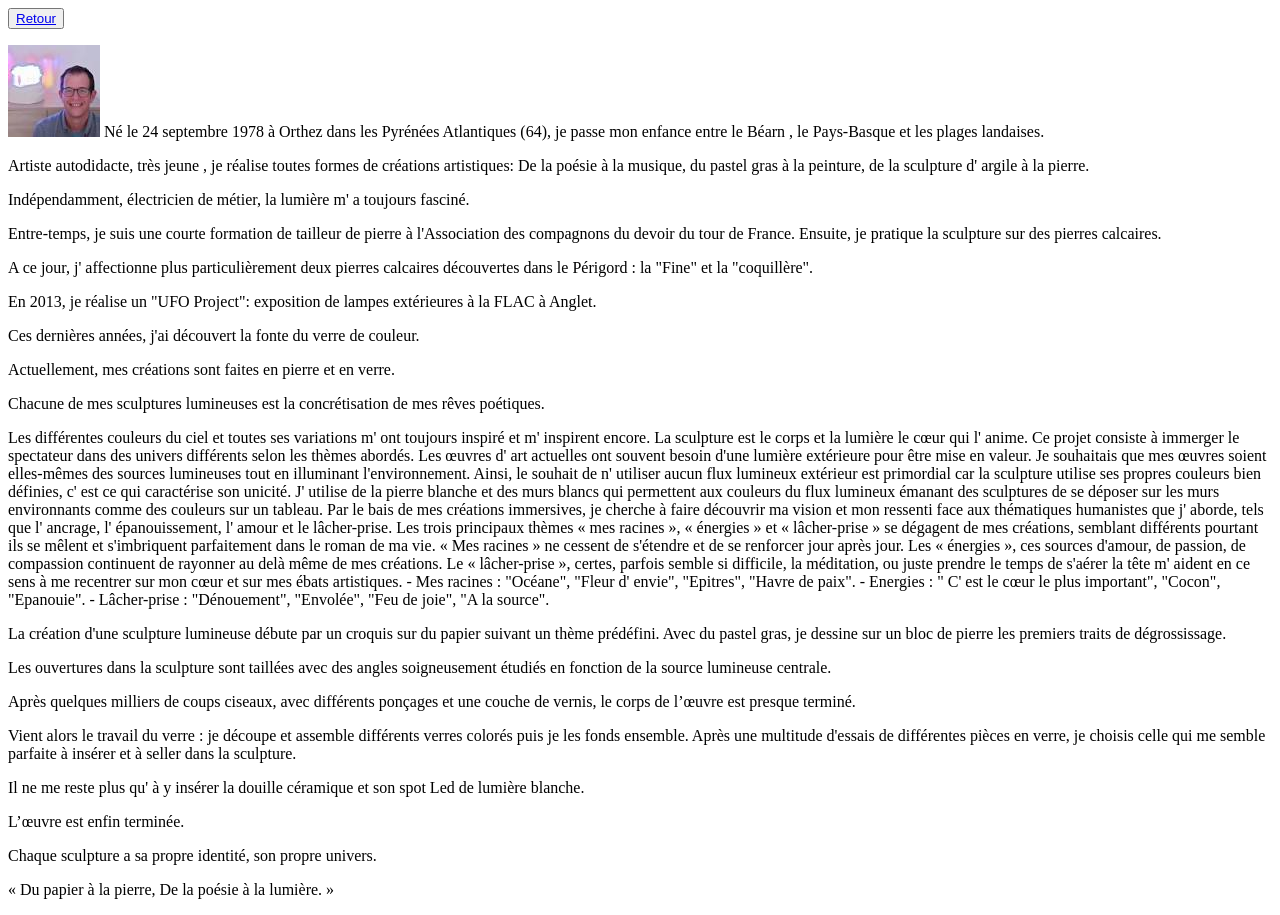
Repository: lysianebo/EricBidart
Page: presentation_more.html
An editor plug-in stored every save of this project. The page is shown before and after the next save, followed by the edit.
The browser window is 1280 px wide. The pictures show the whole page.

Above is the page before, as saved 2023-10-29 07:31:47.

### presentation_more.html
<!DOCTYPE html>
<html lang="en">
<head>
    <meta charset="UTF-8">
    <meta name="viewport" content="width=device-width, initial-scale=1.0">
    <title>Document</title>
    <link rel="stylesheet" href="public/css/style.css">
</head>
<body>
    <div class="content-container">
        <div class="hidden"
            id="presentation-content">
    <button class="back-button"><a href="presentation.html">Retour</a></button>

            <p class="text"><img src="public/images/happy_moi.jpeg"
                    alt=""> Né le 24 septembre 1978 à Orthez dans les Pyrénées Atlantiques (64),
                je passe mon enfance entre le Béarn , le Pays-Basque et les plages landaises. </p>
            <p> Artiste autodidacte, très jeune , je réalise toutes formes de créations artistiques:
                De la poésie à la musique, du pastel gras à la peinture, de la sculpture d' argile à la pierre.</p>
            <p> Indépendamment, électricien de métier, la lumière m' a toujours fasciné.</p>

            <p> Entre-temps, je suis une courte formation de tailleur de pierre à l'Association des compagnons du devoir du
                tour de France. Ensuite, je pratique la sculpture sur des pierres calcaires.</p>

            <p> A ce jour, j' affectionne plus particulièrement deux pierres calcaires découvertes dans le Périgord : la
                "Fine" et la "coquillère".</p>
            <p> En 2013, je réalise un "UFO Project": exposition de lampes extérieures à la FLAC à Anglet.</p>
            <p> Ces dernières années, j'ai découvert la fonte du verre de couleur.</p>
            <p> Actuellement, mes créations sont faites en pierre et en verre.</p>
            <p>Chacune de mes sculptures lumineuses est la concrétisation de mes rêves poétiques.</p>
        </div>
        <!-- Contenu de la section "Bibliographie" ici -->
    </div>
    <div class="hidden"
        id="demarche-content">
        <p>Les différentes couleurs du ciel et toutes ses variations m' ont toujours inspiré et m' inspirent encore.

            La sculpture est le corps et la lumière le cœur qui l' anime.



            Ce projet consiste à immerger le spectateur dans des univers différents selon les thèmes abordés.

            Les œuvres d' art actuelles ont souvent besoin d'une lumière extérieure pour être mise en valeur.

            Je souhaitais que mes œuvres soient elles-mêmes des sources lumineuses tout en illuminant l'environnement.

            Ainsi, le souhait de n' utiliser aucun flux lumineux extérieur est primordial car la sculpture utilise ses
            propres couleurs bien définies, c' est ce qui caractérise son unicité.



            J' utilise de la pierre blanche et des murs blancs qui permettent aux couleurs du flux lumineux émanant des
            sculptures de se déposer sur les murs environnants comme des couleurs sur un tableau.

            Par le bais de mes créations immersives, je cherche à faire découvrir ma vision et mon ressenti face aux
            thématiques humanistes que j' aborde, tels que l' ancrage, l' épanouissement, l' amour et le lâcher-prise.



            Les trois principaux thèmes « mes racines », « énergies » et « lâcher-prise » se dégagent de mes créations,
            semblant différents pourtant ils se mêlent et s'imbriquent parfaitement dans le roman de ma vie.

            « Mes racines » ne cessent de s'étendre et de se renforcer jour après jour.

            Les « énergies », ces sources d'amour, de passion, de compassion continuent de rayonner au delà même de mes
            créations.

            Le « lâcher-prise », certes, parfois semble si difficile, la méditation, ou juste prendre le temps de s'aérer la
            tête m' aident en ce sens à me recentrer sur mon cœur et sur mes ébats artistiques.

            - Mes racines : "Océane", "Fleur d' envie", "Epitres", "Havre de paix".

            - Energies : " C' est le cœur le plus important", "Cocon", "Epanouie".

            - Lâcher-prise : "Dénouement", "Envolée", "Feu de joie", "A la source".

        </p>
    </div>
    <div class="hidden"
        id="technique-content">
        <p>La création d'une sculpture lumineuse débute par un croquis sur du papier suivant un thème prédéfini. Avec du
            pastel gras, je dessine sur un bloc de pierre les premiers traits de dégrossissage. </p>
        <p>Les ouvertures dans la sculpture sont taillées avec des angles soigneusement étudiés en fonction de la source
            lumineuse centrale.</p>
        <p>Après quelques milliers de coups ciseaux, avec différents ponçages et une couche de vernis,
            le corps de l’œuvre est presque terminé.</p>
        <p> Vient alors le travail du verre : je découpe et assemble différents verres colorés puis je les fonds ensemble.
            Après une multitude d'essais de différentes pièces en verre, je choisis celle qui me semble parfaite à insérer
            et à seller dans la sculpture.</p>
        <p>Il ne me reste plus qu' à y insérer la douille céramique et son spot Led de lumière blanche.</p>
        </p>
        <p> L’œuvre est enfin terminée.</p>


        <p> Chaque sculpture a sa propre identité, son propre univers.</p>

        <p> « Du papier à la pierre, De la poésie à la lumière. »</p>
    </div>

    </div>
</body>
</html>

### public/css/style.css
/* @import url("https://fonts.googleapis.com/css2?family=Belanosima:wght@400;700&family=Noto+Sans&family=Outfit&family=Rubik:wght@400;500;700&display=swap"); */
/*# sourceMappingURL=style.css.map */

After the next save:
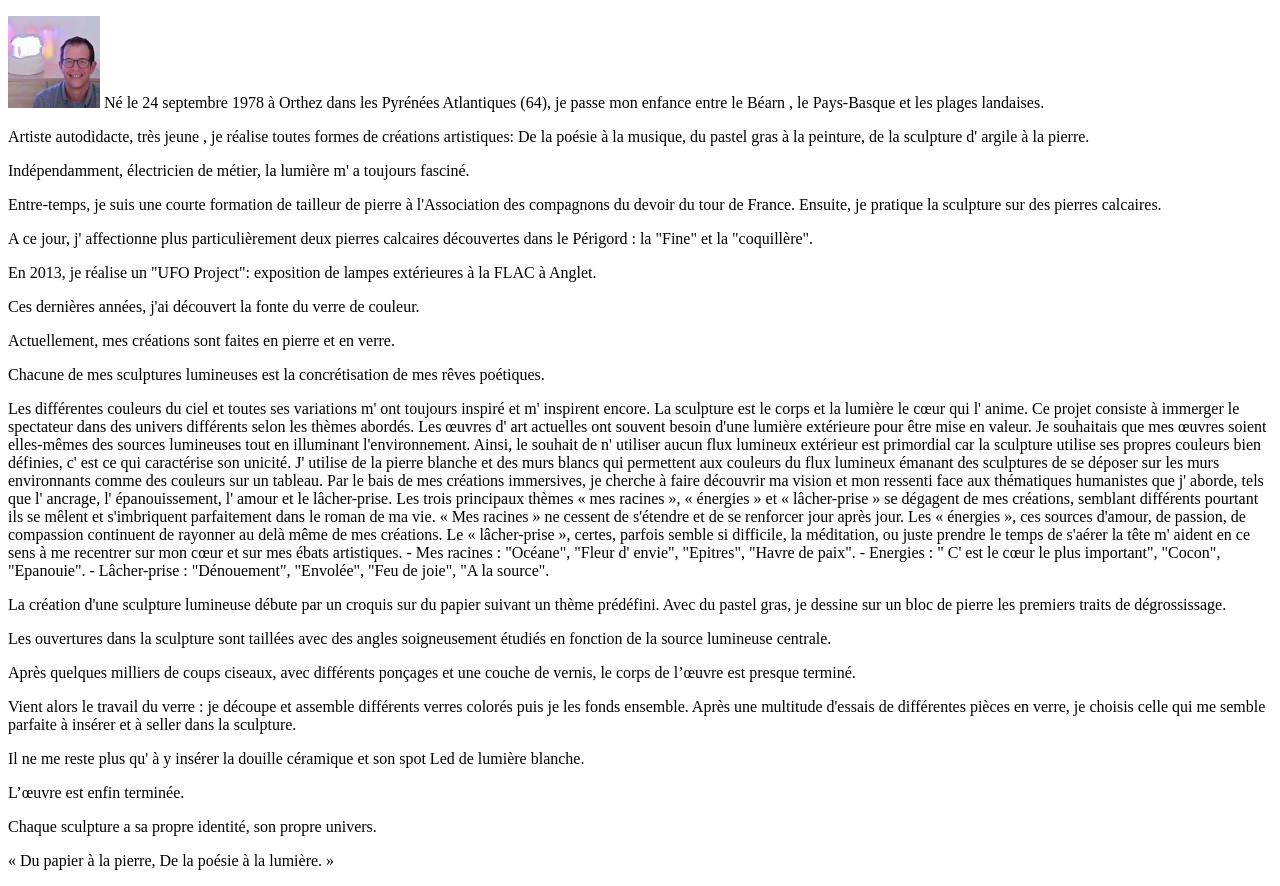
Saved 33 s later.
--- a/presentation_more.html
+++ b/presentation_more.html
@@ -10,7 +10,6 @@
     <div class="content-container">
         <div class="hidden"
             id="presentation-content">
-    <button class="back-button"><a href="presentation.html">Retour</a></button>
 
             <p class="text"><img src="public/images/happy_moi.jpeg"
                     alt=""> Né le 24 septembre 1978 à Orthez dans les Pyrénées Atlantiques (64),

After the save that followed:
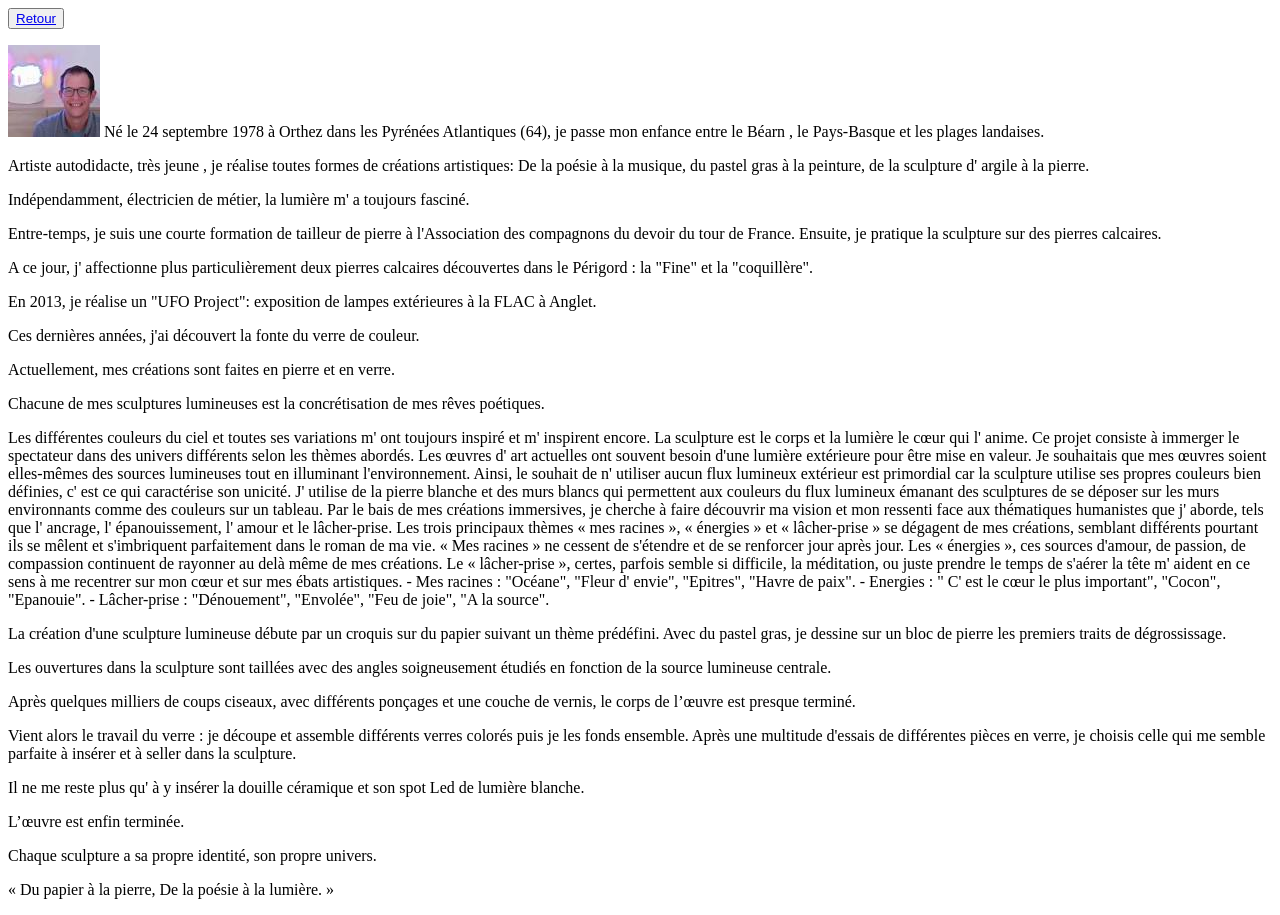
Saved 7 s later.
--- a/presentation_more.html
+++ b/presentation_more.html
@@ -8,6 +8,8 @@
 </head>
 <body>
     <div class="content-container">
+            <button class="back-button"><a href="presentation.html">Retour</a></button>
+
         <div class="hidden"
             id="presentation-content">
 
